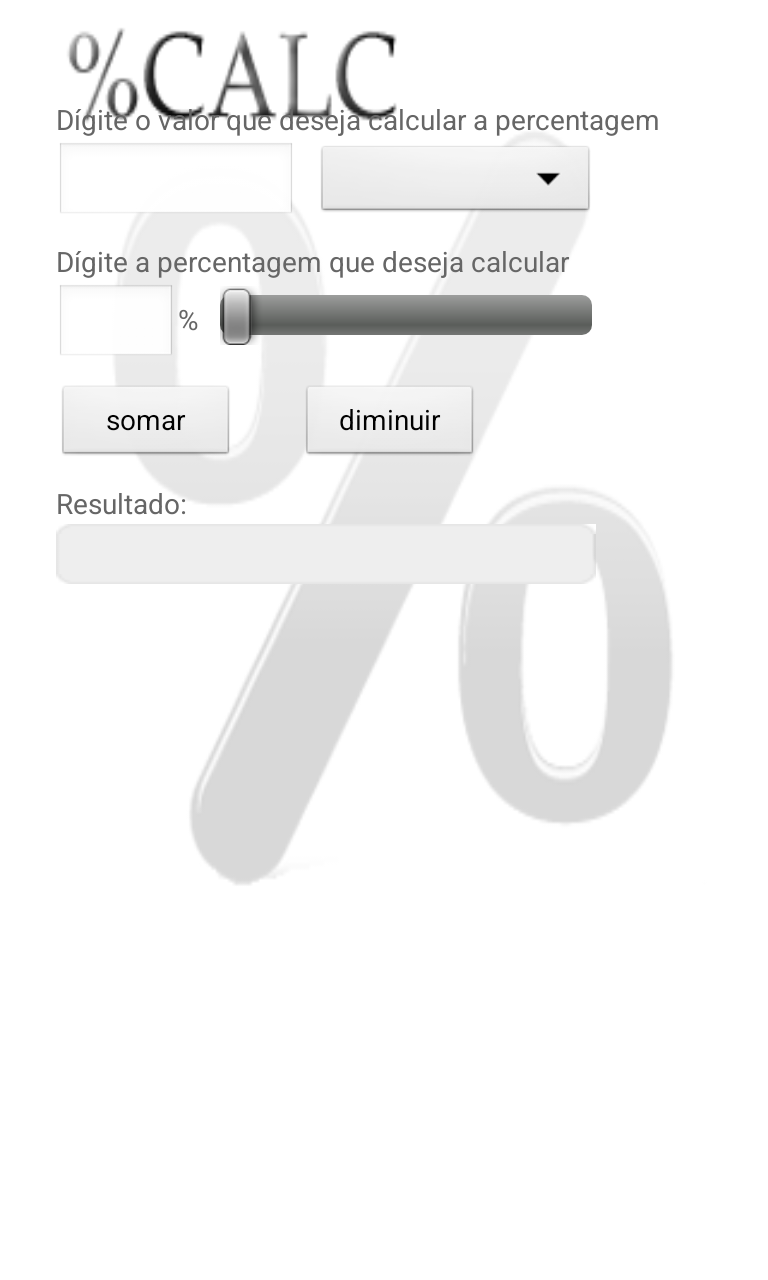
Repository: leoclaro/percentcalc
Layout: CalcularPercentagem/res/layout/main.xml
These files come from the project's save history. The layout is drawn as it stood at one moment and after the next save; the edit follows.
It is drawn on a 768 x 1280 px phone screen (xhdpi) without system bars, with theme android:Theme; the app's code is not run.

Above is the layout before, as saved 2012-05-10 14:26:03.

### CalcularPercentagem/res/layout/main.xml
<?xml version="1.0" encoding="utf-8"?>
<RelativeLayout xmlns:android="http://schemas.android.com/apk/res/android"
    android:layout_width="fill_parent"
    android:layout_height="fill_parent"
    android:background="@android:color/white" >

    <ImageView
        android:id="@+id/imageViewBG"
        android:layout_width="500dp"
        android:layout_height="500dp"
        android:scaleType="fitXY"
        android:layout_marginTop="5dp"
        android:contentDescription="@string/image_bg"
        android:src="@drawable/bg" />

    <ScrollView
        android:id="@+id/scrollView1"
        android:layout_width="wrap_content"
        android:layout_height="wrap_content"
        android:layout_marginTop="50dp"
        android:layout_marginBottom="10dp" >

        <RelativeLayout xmlns:android="http://schemas.android.com/apk/res/android"
		    android:layout_width="fill_parent"
		    android:layout_height="wrap_content" >

		    <TextView
		        android:id="@+id/textViewValor"
		        android:layout_width="fill_parent"
		        android:layout_height="wrap_content"
		        android:layout_alignParentLeft="true"
		        android:layout_alignParentTop="true"
		        android:layout_marginLeft="28dp"
		        android:text="@string/label_valor"
		        android:textColor="#ff666666" />

		    <EditText
		        android:id="@+id/editTextValor"
		        android:layout_width="120dp"
		        android:layout_height="40dp"
		        android:layout_alignLeft="@+id/textViewValor"
		        android:layout_below="@+id/textViewValor"
		        android:layout_marginTop="2dp"
		        android:ems="10"
		        android:inputType="numberDecimal" />

		    <Spinner
		        android:id="@+id/spinnerParcelas"
		        android:layout_width="140dp"
		        android:layout_height="40dp"
		        android:layout_below="@+id/textViewValor"
		        android:layout_marginLeft="158dp"
		        android:layout_marginTop="2dp"
		        android:prompt="@array/spinner_parcelas" />

		    <TextView
		        android:id="@+id/textViewPercentagem"
		        android:layout_width="fill_parent"
		        android:layout_height="wrap_content"
		        android:layout_alignLeft="@+id/textViewValor"
		        android:layout_below="@+id/editTextValor"
		        android:layout_marginTop="10dp"
		        android:text="@string/label_percentagem"
		        android:textColor="#ff666666" />

		    <EditText
		        android:id="@+id/editTextPercentagem"
		        android:layout_width="60dp"
		        android:layout_height="40dp"
		        android:layout_alignLeft="@+id/textViewValor"
		        android:layout_below="@+id/textViewPercentagem"
		        android:layout_marginTop="2dp"
		        android:ems="6"
		        android:inputType="numberDecimal" />

		    <TextView
		        android:id="@+id/textViewPercentagemSinal"
		        android:layout_width="fill_parent"
		        android:layout_height="wrap_content"
		        android:layout_below="@+id/textViewPercentagem"
		        android:layout_marginLeft="89dp"
		        android:layout_marginTop="10dp"
		        android:text="@string/label_percentagem_sinal"
		        android:textColor="#ff666666" />

		    <SeekBar
		        android:id="@+id/seekBarPercentagem"
		        android:layout_width="186dp"
		        android:layout_height="wrap_content"
		        android:layout_below="@+id/textViewPercentagem"
		        android:layout_marginLeft="110dp"
		        android:layout_marginTop="3dp"
		        android:max="1000" />

		    <Button
		        android:id="@+id/buttonSomar"
		        android:layout_width="90dp"
		        android:layout_height="40dp"
		        android:layout_alignLeft="@+id/textViewValor"
		        android:layout_below="@+id/editTextPercentagem"
		        android:layout_marginTop="10dp"
		        android:text="@string/button_somar" />

		    <Button
		        android:id="@+id/buttonDiminuir"
		        android:layout_width="90dp"
		        android:layout_height="40dp"
		        android:layout_below="@+id/editTextPercentagem"
		        android:layout_marginLeft="150dp"
		        android:layout_marginTop="10dp"
		        android:text="@string/button_diminuir" />

		    <TextView
	            android:id="@+id/textViewLabelResultado"
	            android:layout_width="fill_parent"
	            android:layout_height="wrap_content"
	            android:layout_alignLeft="@+id/textViewValor"
	            android:layout_marginTop="10dp"
	            android:layout_below="@+id/buttonSomar"
	            android:text="@string/label_resultado"
	            android:textColor="#ff666666" />

		    <RelativeLayout
		        android:id="@+id/relativeLayoutBgResultadoTop"
		        android:layout_width="270dp"
		        android:layout_height="5dp"
		        android:layout_below="@+id/textViewLabelResultado"
		        android:layout_marginTop="1dp"
		        android:layout_alignLeft="@+id/textViewValor"
		        android:background="@drawable/bg_resultado_top">
			</RelativeLayout>

		    <RelativeLayout
		        android:id="@+id/relativeLayoutBgResultado"
		        android:layout_width="270dp"
		        android:layout_height="wrap_content"
		        android:layout_alignLeft="@+id/textViewValor"
		        android:layout_below="@+id/relativeLayoutBgResultadoTop"
		        android:background="@drawable/bg_resultado" >

		        <TextView
		            android:id="@+id/textViewResultado"
		            android:layout_width="fill_parent"
		            android:layout_height="wrap_content"
		            android:layout_marginLeft="12dp"
		            android:layout_marginTop="1dp"
		            android:textColor="#ff666666" />

		    </RelativeLayout>

		    <RelativeLayout
		        android:id="@+id/relativeLayoutBgResultadoBottom"
		        android:layout_width="270dp"
		        android:layout_height="5dp"
		        android:layout_below="@+id/relativeLayoutBgResultado"
		        android:layout_alignLeft="@+id/textViewValor"
		        android:background="@drawable/bg_resultado_bottom">
			</RelativeLayout>

        </RelativeLayout>
    </ScrollView>

</RelativeLayout>

### CalcularPercentagem/res/values/strings.xml
<?xml version="1.0" encoding="utf-8"?>
<resources>

    <string name="label_valor">Dígite o valor que deseja calcular a percentagem</string>
    <string name="app_name">Calcular Percentagem</string>
    <string name="label_percentagem">Dígite a percentagem que deseja calcular</string>
    <string name="label_percentagem_sinal">%</string>
    <string name="label_sobre">sobre</string>
    <string name="button_somar">somar</string>
    <string name="button_diminuir">diminuir</string>
    <string name="image_bg">fundo</string>
    <string name="label_resultado">Resultado: </string>
    <string-array name="spinner_parcelas">
        <item>meses</item>
        <item>1</item>
        <item>2</item>
        <item>3</item>
        <item>4</item>
        <item>5</item>
        <item>6</item>
        <item>7</item>
        <item>8</item>
        <item>9</item>
        <item>10</item>
        <item>11</item>
        <item>12</item>
    </string-array>

</resources>

After the next save:
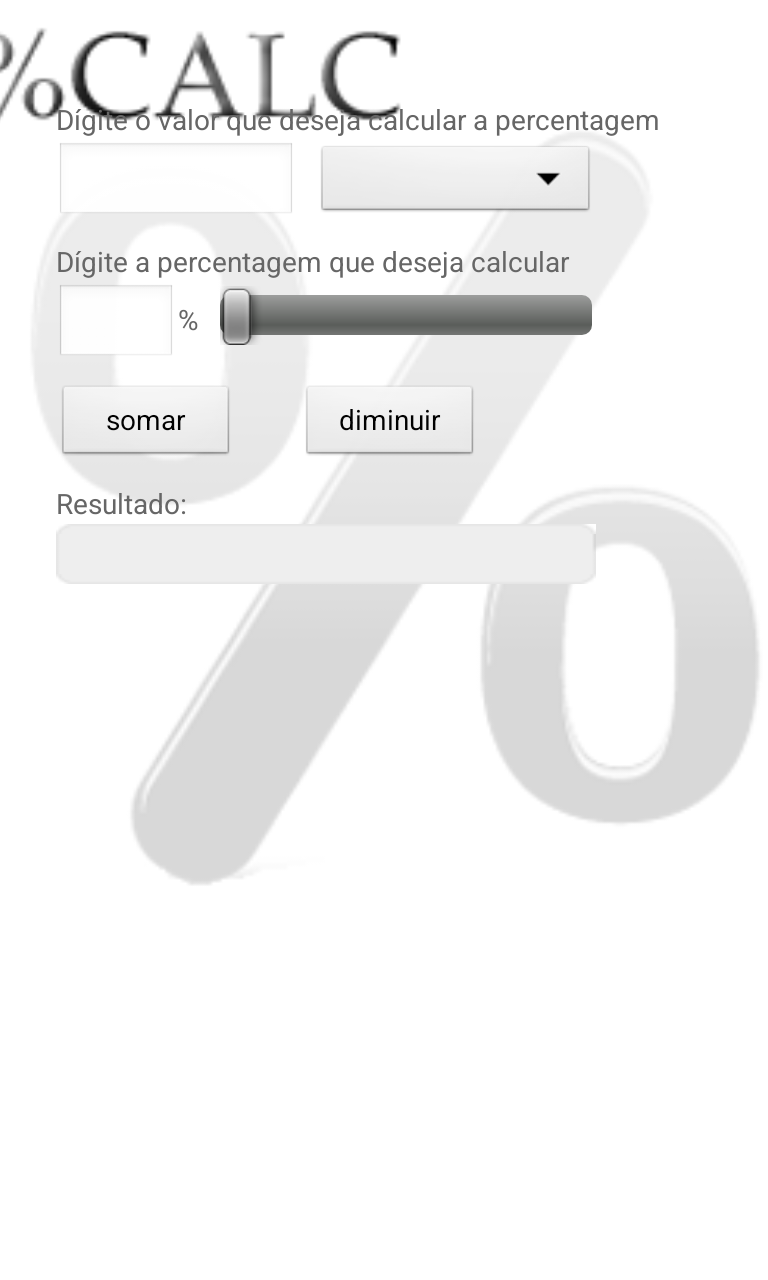
Saved 12 s later.
--- a/CalcularPercentagem/res/layout/main.xml
+++ b/CalcularPercentagem/res/layout/main.xml
@@ -8,7 +8,7 @@
         android:id="@+id/imageViewBG"
         android:layout_width="500dp"
         android:layout_height="500dp"
-        android:scaleType="fitXY"
+        android:scaleType="centerCrop"
         android:layout_marginTop="5dp"
         android:contentDescription="@string/image_bg"
         android:src="@drawable/bg" />
